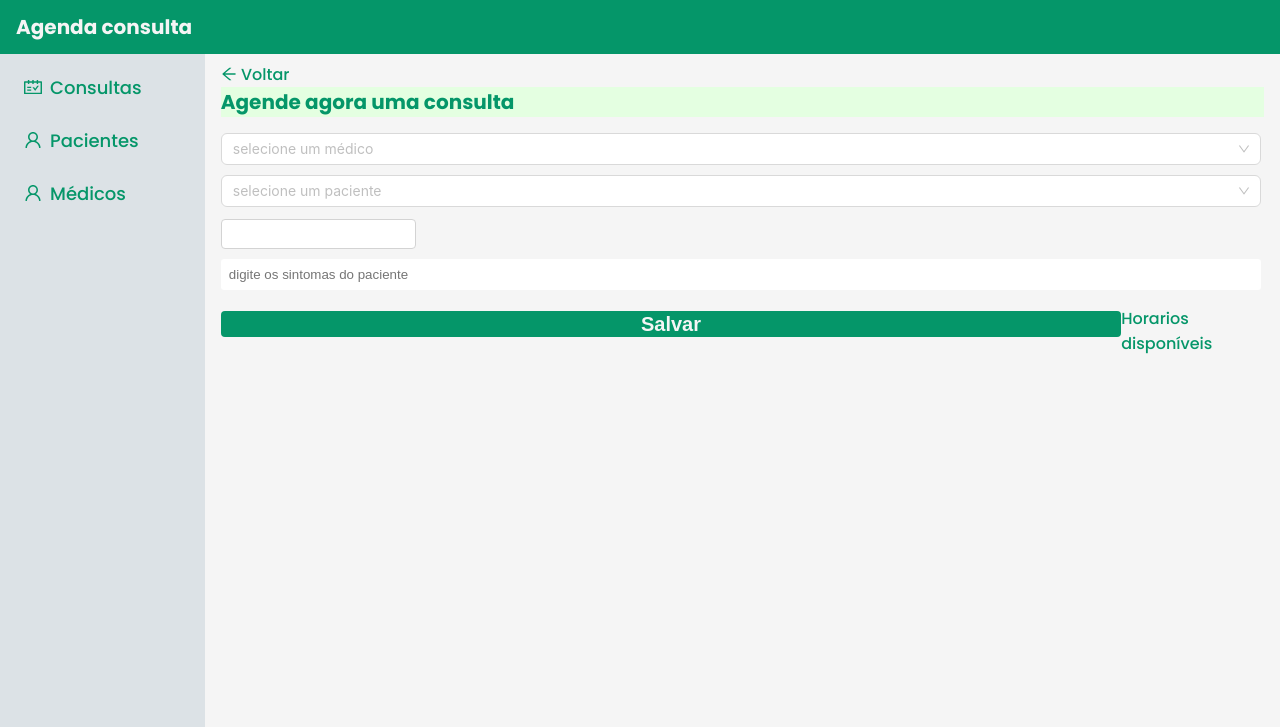
Repository: BarbaraCD/agendaconsulta
Page: /appointments/new
An editor plug-in stored every save of this project. The page is shown before and after the next save, followed by the edit.
The browser window is 1280 px wide. The pictures show the whole page.
The page's requests for data from a server got no answer. The project was rebuilt for these pictures with package versions that can differ from the ones it lists, and the page was loaded fresh each time. No one was signed in, and anything a server would have sent is missing. Also part of the build but not shown: vite.config.ts, src/components/Calendar.tsx, src/components/InputPatient.tsx, src/styles/CreateContainer.ts, src/components/DoctorTable.tsx, src/components/PatientTable.tsx, src/components/InputDoctors.tsx.

Above is the page before, as saved 2023-08-29 15:47:21.

### index.html
<!DOCTYPE html>
<html lang="en">
  <head>
    <meta charset="UTF-8" />
    <link rel="icon" type="image/svg+xml" href="/vite.svg" />
    <meta name="viewport" content="width=device-width, initial-scale=1.0" />

    <link rel="preconnect" href="https://fonts.googleapis.com">
    <link rel="preconnect" href="https://fonts.gstatic.com" crossorigin>
    <link href="https://fonts.googleapis.com/css2?family=Poppins:wght@400;500;700&display=swap" rel="stylesheet">

    <title>Agendamento de Consulta</title>
  </head>
  <body>
    <div id="root"></div>
    <script type="module" src="/src/main.tsx"></script>
  </body>
</html>

### src/main.tsx
/* eslint-disable @typescript-eslint/no-non-null-assertion */
import React from 'react'
import ReactDOM from 'react-dom/client'
import { ThemeProvider } from 'styled-components'
import GlobalStyle, { Container, Content } from './styles/global'
import { theme } from './styles/Theme.ts'
import App from './App.tsx'
import { Routes } from './routes/index.tsx'
import { Header } from './components/Header.tsx'
import { BrowserRouter } from 'react-router-dom'

ReactDOM.createRoot(document.getElementById('root')!).render(
  <React.StrictMode>
    <ThemeProvider theme={theme}>
      <GlobalStyle />
      <BrowserRouter>
        <Header />
        <Container>
          <App />
          <Content>
            <Routes />
          </Content>
        </Container>
      </BrowserRouter>
    </ThemeProvider>
  </React.StrictMode>,
)

### src/styles/global.ts
import styled, { createGlobalStyle } from 'styled-components'

export default createGlobalStyle`
  *{
    margin: 0;
    padding: 0;
    box-sizing: border-box;

  }
  body{
    height: 100%;
    width: 100%;
    font-family: 'Poppins', sans-serif;
    background: ${(props) => props.theme.colors.white};
    font-size: ${(props) => props.theme.size.xl};
  }
`

export const Container = styled.div`
  display: flex;
`

export const SidebarGlobal = styled.div`
  width: 16%;
`

export const Content = styled.div`
  flex: 1;
  margin: 0 1rem;
`

### src/styles/Theme.ts
export const theme = {
  colors: {
    primary: '#059669',
    head: '#059669B3',
    100: '#E4FFE1',

    sbcolor: '#DCE2E6',
    gray: '#41414D',
    black: '#000',
    white: '#f5f5f5',
  },
  size: {
    sm: '14px',
    md: '16px',
    lg: '18px',
    xl: '20px',
    xxl: '24px',
  },
}

### src/App.tsx
import { SidebarGlobal } from './styles/global'
import { Sidebar } from './components/Sidebar'

export default function App() {
  return (
    <SidebarGlobal>
      <Sidebar />
    </SidebarGlobal>
  )
}

### src/routes/index.tsx
import { AppRoutes } from './app.routes'

export function Routes() {
  return (
    <>
      <AppRoutes />
    </>
  )
}

### src/components/Header.tsx
import { Link } from 'react-router-dom'
import { styled } from 'styled-components'

const ContainerHeader = styled.div`
  padding: 12px 16px;
  width: 100%;
  min-width: 200px;
  font-weight: 700;
  overflow: visible;
  background-color: ${(props) => props.theme.colors.primary};
`

const StyleLink = styled(Link)`
  text-decoration: none;
  word-break: normal;
  display: block;
  align-items: center;
  justify-content: center;
  color: ${(props) => props.theme.colors.white};
`

export function Header() {
  return (
    <ContainerHeader>
      <StyleLink to="/">Agenda consulta</StyleLink>
    </ContainerHeader>
  )
}

### src/components/Sidebar.tsx
import { ScheduleOutlined, UserOutlined } from '@ant-design/icons'
import { StyledSidebar, StyledList } from '../styles/SidebarStyled'
import { Link } from 'react-router-dom'

export function Sidebar() {
  return (
    <StyledSidebar>
      <StyledList>
        <li>
          <ScheduleOutlined style={{ color: '#059669' }} />
          <Link to="/appointments/calendar">Consultas</Link>
        </li>
        <li>
          <UserOutlined style={{ color: '#059669' }} />
          <Link to="/patients/list">Pacientes</Link>
        </li>
        <li>
          <UserOutlined style={{ color: '#059669' }} />
          <Link to="/doctors/list">Médicos</Link>
        </li>
      </StyledList>
    </StyledSidebar>
  )
}

### src/routes/app.routes.tsx
import { Routes, Route } from 'react-router-dom'

import { App } from 'antd'
import { AppointmentsCalendar } from '../components/Calendar'
import { InputPatients } from '../components/InputPatient'
import { DoctorTable } from '../components/DoctorTable'
import { PatientTable } from '../components/PatientTable'
import { InputDoctors } from '../components/InputDoctors'
import { CreateAppointments } from '../components/Appointments'

export function AppRoutes() {
  return (
    <Routes>
      <Route path="/" element={<App />} />

      <Route path="/patients/new" element={<InputPatients />} />
      <Route path="/patients/:id/edit" element={<InputPatients />} />
      <Route path="/patients/list" element={<PatientTable />} />

      <Route path="/doctors/new" element={<InputDoctors />} />
      <Route path="/doctors/:id/edit" element={<InputDoctors />} />
      <Route path="/doctors/list" element={<DoctorTable />} />

      <Route path="/appointments/new" element={<CreateAppointments />} />
      <Route path="/appointments/:id/edit" element={<CreateAppointments />} />
      <Route path="/appointments/calendar" element={<AppointmentsCalendar />} />
    </Routes>
  )
}

### src/styles/SidebarStyled.ts
import styled from 'styled-components'

export const StyledSidebar = styled.div`
  display: flex;
  flex-direction: column;
  background-color: ${(props) => props.theme.colors.sbcolor};
  color: ${(props) => props.theme.colors.black};
  font-size: ${(props) => props.theme.size.lg};
  font-weight: 500;
  justify-content: flex-start;
  align-items: flex-start;
  overflow: auto;
  height: 93.5vh;
  min-height: 100%;
`

export const StyledList = styled.ul`
  list-style: none;
  padding: 0.5rem;

  li {
    cursor: pointer;
    padding: 1rem;
    line-height: 1.3rem;
  }

  a {
    text-decoration: none;
    color: ${(props) => props.theme.colors.primary};
    margin: 0.5rem;
    word-break: break-all;
  }
`

### src/components/Appointments.tsx
/* eslint-disable react-hooks/exhaustive-deps */
import React, { useEffect, useState } from 'react'

import 'react-datepicker/dist/react-datepicker.css'
import { Select } from 'antd'

import {
  createAppointment,
  getAppointment,
  getAppointmentById,
  updateAppointment,
} from '../services/appointment.services'
import { StyledDatepicker, StyledLink } from '../styles/Appointments'
import {
  ApFooter,
  InputContainer,
  MessageError,
  MessageSaved,
  StyledInput,
  StyledSelect,
  SubmitButton,
  StyledValidation,
} from '../styles/InputContainer'
import { useNavigate, useParams } from 'react-router-dom'
import { ArrowLeftOutlined } from '@ant-design/icons'
import { DoctorsProps } from './DoctorTable'
import { PatientsProps } from './PatientTable'
import { z } from 'zod'
import { Controller, useForm } from 'react-hook-form'
import { zodResolver } from '@hookform/resolvers/zod'
import { getDoctors } from '../services/doctor.services'
import { getPatient } from '../services/patient.services'

export type AppointmentsProps = {
  doctorID: number
  patientID: number
  date: string | Date
  symptoms: string
  id: number
}

const appointmentSchema = z.object({
  doctorID: z.number({
    required_error: 'Selecione o medico',
  }),
  patientID: z.number({
    required_error: 'Selecione o paciente',
  }),
  date: z.date({
    required_error:
      'Selecione a data e o horario que deseja realizar a consulta',
    invalid_type_error: 'Formato invalido',
  }),
  symptoms: z.string().min(1, 'Por favor, insira os sintomas.'),
})

export type AppointmentSchemaType = z.infer<typeof appointmentSchema>

export const CreateAppointments: React.FC = () => {
  const {
    control,
    register,
    reset,
    handleSubmit,
    formState: { errors, isSubmitting },
  } = useForm<AppointmentSchemaType>({
    resolver: zodResolver(appointmentSchema),
    defaultValues: {
      doctorID: undefined,
      patientID: undefined,
      date: undefined,
      symptoms: '',
    },
  })

  const [doctors, setDoctors] = useState<DoctorsProps[]>([])
  const [patients, setPatients] = useState<PatientsProps[]>([])
  const [appointments, setAppointments] = useState<AppointmentsProps[]>([])

  const [successMessage, setSuccessMessage] = useState<string | null>(null)
  const [errorMessage, setErrorMessage] = useState<string | null>(null)

  const navigate = useNavigate()
  const { id } = useParams()

  useEffect(() => {
    fetchInfos().catch((error) => {
      console.error('Error fetching Infos:', error)
    })
  }, [])

  async function fetchInfos() {
    const responseDoc = await getDoctors()
    const responsePat = await getPatient()
    const response = await getAppointment()
    setDoctors(responseDoc)
    setPatients(responsePat)
    setAppointments(response)
    if (!id) return
    try {
      const responseAp = await getAppointmentById(Number(id))
      const responseDate = {
        ...responseAp,
      }
      responseDate.date = new Date(responseDate.date)
      reset(responseDate as unknown as AppointmentSchemaType)
    } catch (error) {
      console.error('Error fetching Infos:', error)
    }
  }

  function isWeekday(date: Date) {
    const day = date.getDay()
    return day !== 0 && day !== 6
  }

  function isAppointmented(time: Date) {
    const selectedDateISO = time.toISOString()
    const existingAppointment = appointments.find(
      (appointment) => appointment.date === selectedDateISO,
    )
    return existingAppointment
  }

  const handleScheduleAppointment = async (data: AppointmentSchemaType) => {
    try {
      if (id) {
        await updateAppointment(Number(id), data)
        navigate(-1)
      } else {
        await createAppointment(data)
      }
      setSuccessMessage('Consulta agendada com sucesso!')
      setTimeout(() => {
        setSuccessMessage(null)
      }, 2000)
      reset()
    } catch (error) {
      setErrorMessage('Erro ao agendar consulta.')
    }
  }

  return (
    <InputContainer>
      {successMessage && <MessageSaved>{successMessage}</MessageSaved>}
      {errorMessage && <MessageError>{errorMessage}</MessageError>}

      <StyledLink to="/appointments/calendar">
        <ArrowLeftOutlined /> Voltar
      </StyledLink>

      <form onSubmit={handleSubmit(handleScheduleAppointment)}>
        <h3>Agende agora uma consulta</h3>

        <div>
          <Controller
            name="doctorID"
            control={control}
            render={({ field }) => (
              <StyledSelect {...field} placeholder="selecione um médico">
                {doctors.map((doc) => (
                  <Select.Option key={doc.id} value={doc.id}>
                    {doc.name}
                  </Select.Option>
                ))}
              </StyledSelect>
            )}
          />
          {errors.doctorID && (
            <StyledValidation>{errors.doctorID.message}</StyledValidation>
          )}
        </div>

        <div>
          <Controller
            name="patientID"
            control={control}
            render={({ field }) => (
              <StyledSelect {...field} placeholder="selecione um paciente">
                {patients.map((pat) => (
                  <Select.Option key={pat.id} value={pat.id}>
                    {pat.name}
                  </Select.Option>
                ))}
              </StyledSelect>
            )}
          />
          {errors.patientID && (
            <StyledValidation>{errors.patientID.message}</StyledValidation>
          )}
        </div>

        <div>
          <Controller
            control={control}
            name="date"
            render={({ field: { value, ...field } }) => (
              <StyledDatepicker
                {...field}
                showTimeSelect
                minTime={new Date(0, 0, 0, 8, 0)}
                maxTime={new Date(0, 0, 0, 18, 0)}
                minDate={new Date()}
                selected={value}
                dateFormat="dd/MM/yyyy HH:mm"
                filterTime={(time) => !isAppointmented(time)}
                filterDate={(date) => isWeekday(date)}
              />
            )}
          />
          {errors.date && (
            <StyledValidation>{errors.date.message}</StyledValidation>
          )}
        </div>

        <div>
          <StyledInput
            {...register('symptoms')}
            type="text"
            placeholder="digite os sintomas do paciente"
          />
          {errors.symptoms && (
            <StyledValidation>{errors.symptoms.message}</StyledValidation>
          )}
        </div>

        <ApFooter>
          <SubmitButton type="submit" disabled={isSubmitting}>
            <p>Salvar</p>
          </SubmitButton>
          <StyledLink to="/appointments/calendar">
            Horarios disponíveis
          </StyledLink>
        </ApFooter>
      </form>
    </InputContainer>
  )
}

### src/services/appointment.services.ts
import {
  AppointmentSchemaType,
  AppointmentsProps,
} from '../components/Appointments'
import { api } from './ApiConfig'

export async function getAppointment(): Promise<AppointmentsProps[]> {
  try {
    const response = await api.get('/appointment')
    return response.data
  } catch (error) {
    throw new Error('Erro ao obter dados dos agendamentos:')
  }
}

export async function getAppointmentById(
  id: number,
): Promise<AppointmentsProps> {
  try {
    const response = await api.get(`/appointment/${id}`)
    return response.data
  } catch (error) {
    throw new Error('Erro ao obter dados dos agendamentos:')
  }
}

export async function createAppointment(newAppointment: AppointmentSchemaType) {
  return api.post('/appointment', newAppointment)
}

export async function updateAppointment(
  id: number,
  data: AppointmentSchemaType,
) {
  try {
    const response = await api.put(`/appointment/${id}`, data)
    return response.data
  } catch (error) {
    throw new Error('Erro ao obter dados da consulta:')
  }
}

export async function deleteAppointment(id: number) {
  return await api.delete(`/appointment/${id}`)
}

### src/styles/InputContainer.ts
import styled from 'styled-components'
import { Select } from 'antd'

export const InputContainer = styled.main`
  color: ${(props) => props.theme.colors.black};
  font-size: ${(props) => props.theme.size.md};
  padding: 0.5rem 0;

  div {
    margin: 0.2rem 0.2rem 0.2rem 0;
  }

  h3 {
    background-color: ${(props) => props.theme.colors[100]};
    color: ${(props) => props.theme.colors.primary};
    font-size: ${(props) => props.theme.size.xl};
    margin-bottom: 0.8rem;
  }

  label {
    display: flex;
    margin: 0.2rem;
  }

  p {
    font-size: ${(props) => props.theme.size.lg};
    font-weight: 400;
  }
`

export const StyledValidation = styled.span`
  size: ${(props) => props.theme.size.md};
  color: red;
`

export const ApFooter = styled.div`
  display: flex;
  align-items: center;
  justify-content: space-between;
  margin-bottom: 0.5rem;
`

export const StyledSelect = styled(Select)`
  width: 100%;
  border: none;
`

export const SubmitButton = styled.button`
  width: 100%;
  padding: 0.1rem 2rem;
  border: none;
  border-radius: 4px;
  overflow: hidden;
  cursor: pointer;
  margin: 1rem 0;
  background-color: ${(props) => props.theme.colors.primary};
  color: ${(props) => props.theme.colors.white};

  p {
    font-size: ${(props) => props.theme.size.xl};
    font-weight: 600;
    overflow: hidden;
  }

  &:hover {
    background-color: ${(props) => props.theme.colors.head};
  }
`

export const MessageSaved = styled.p`
  justify-content: center;
  text-align: center;
  width: 30%;
  border-radius: 4px;
  margin: 0 35%;
  background-color: ${(props) => props.theme.colors[100]};
  color: ${(props) => props.theme.colors.primary};
  size: ${(props) => props.theme.size.lg};
`

export const MessageError = styled.p`
  background-color: lightpink;
  color: red;
  justify-content: center;
  text-align: center;
  width: 30%;
  border-radius: 4px;
  margin: 0 35%;
`

export const StyledInput = styled.input`
  width: 100%;
  padding: 0.5rem;
  border: none;
  border-radius: 0.2rem;
  overflow: hidden;
`

export const PatSpan = styled.span`
  text-decoration: none;
  color: ${(props) => props.theme.colors.primary};
  background-color: ${(props) => props.theme.colors[100]};
  font-weight: 500;
  border-radius: 4px;
  margin-top: 1rem;
`
export const FlexDiv = styled.div`
  display: flex;
  justify-content: space-between;
`

### src/styles/Appointments.ts
import { Modal } from 'antd'
import DatePicker from 'react-datepicker'
import { Link } from 'react-router-dom'
import { styled } from 'styled-components'

export const StyledAppointments = styled.div`
  color: ${(props) => props.theme.colors.black};
  font-size: ${(props) => props.theme.size.md};
  padding: 1.6rem 0;
`

export const StyledLink = styled(Link)`
  text-decoration: none;
  color: ${(props) => props.theme.colors.primary};
  font-weight: 500;
  border-radius: 4px;
  margin-top: 0.8rem;
`

export const StyledLink2 = styled(Link)`
  text-decoration: none;
  color: ${(props) => props.theme.colors.sbcolor};
  background-color: red;
  font-weight: 500;
  border-radius: 6px;
  margin-top: 2rem;
  padding: 0.5rem;
`

export const CalendarStyled = styled.div`
  display: block;
`

export const StyledModal = styled(Modal)`
  color: ${(props) => props.theme.colors.primary};

  h3 {
    background-color: ${(props) => props.theme.colors[100]};
    color: ${(props) => props.theme.colors.primary};
    font-size: ${(props) => props.theme.size.xl};
    padding: 0.8rem;
    text-align: center;
    margin-bottom: 0.5rem;
  }

  p {
    margin-left: 0.5rem;
    font-size: ${(props) => props.theme.size.lg};
  }

  button {
    margin: 0.5rem;
    padding: 0.2rem;
    cursor: pointer;
    border: none;
    font-weight: 500;
    color: ${(props) => props.theme.colors.primary};
    background-color: ${(props) => props.theme.colors[100]};
    font-size: ${(props) => props.theme.size.lg};
  }
`

export const StyledQuestion = styled.div`
  p {
    color: ${(props) => props.theme.colors.black};
  }

  .button-sim {
    justify-content: space-between;
    color: ${(props) => props.theme.colors.sbcolor};
    background-color: lightcoral;
  }

  .button-nao {
    justify-content: space-between;
    color: ${(props) => props.theme.colors.primary};
    background-color: ${(props) => props.theme.colors.sbcolor};
  }
`

export const StyledDatepicker = styled(DatePicker)`
  width: 100%;
  border: 1px solid lightgray;
  border-radius: 4px;
  padding: 0.4rem;
  text-decoration: 1px solid ${(props) => props.theme.colors.head};
`

### src/services/doctor.services.ts
import { DoctorsProps } from '../components/DoctorTable'
import { DoctorSchemaType } from '../components/InputDoctors'
import { api } from './ApiConfig'

export async function getDoctors(): Promise<DoctorsProps[]> {
  try {
    const response = await api.get('/doctor')
    return response.data
  } catch (error) {
    throw new Error('Erro ao obter dados dos pacientes:')
  }
}

export async function getDoctorById(id: number): Promise<DoctorsProps> {
  try {
    const response = await api.get(`/doctor/${id}`)
    return response.data
  } catch (error) {
    throw new Error('Erro ao obter dados dos Medicos:')
  }
}

export async function createDoctor(data: DoctorSchemaType) {
  return api.post('/doctor', data)
}

export async function updateDoctor(id: number, data: DoctorSchemaType) {
  try {
    const response = await api.put(`/doctor/${id}`, data)
    return response.data
  } catch (error) {
    throw new Error('Erro ao obter dados dos pacientes:')
  }
}

export async function deleteDoctor(id: number) {
  return await api.delete(`/doctor/${id}`)
}

### src/services/patient.services.ts
import { PatientSchemaType } from '../components/InputPatient'
import { PatientsProps } from '../components/PatientTable'
import { api } from './ApiConfig'

export async function getPatient(): Promise<PatientsProps[]> {
  try {
    const response = await api.get('/patient')
    return response.data
  } catch (error) {
    throw new Error('Erro ao obter dados dos pacientes:')
  }
}

export async function getPatientById(id: number): Promise<PatientsProps> {
  try {
    const response = await api.get(`/patient/${id}`)
    return response.data
  } catch (error) {
    throw new Error('Erro ao obter dados dos pacientes:')
  }
}

export async function createPatient(data: PatientSchemaType) {
  return api.post('/patient', data)
}

export async function updatePatient(id: number, data: PatientSchemaType) {
  try {
    const response = await api.put(`/patient/${id}`, data)
    return response.data
  } catch (error) {
    throw new Error('Erro ao obter dados dos pacientes:')
  }
}

export async function deletePatient(id: number) {
  return await api.delete(`/patient/${id}`)
}

Loaded but not shown: src/services/ApiConfig.ts (common file)

After the next save:
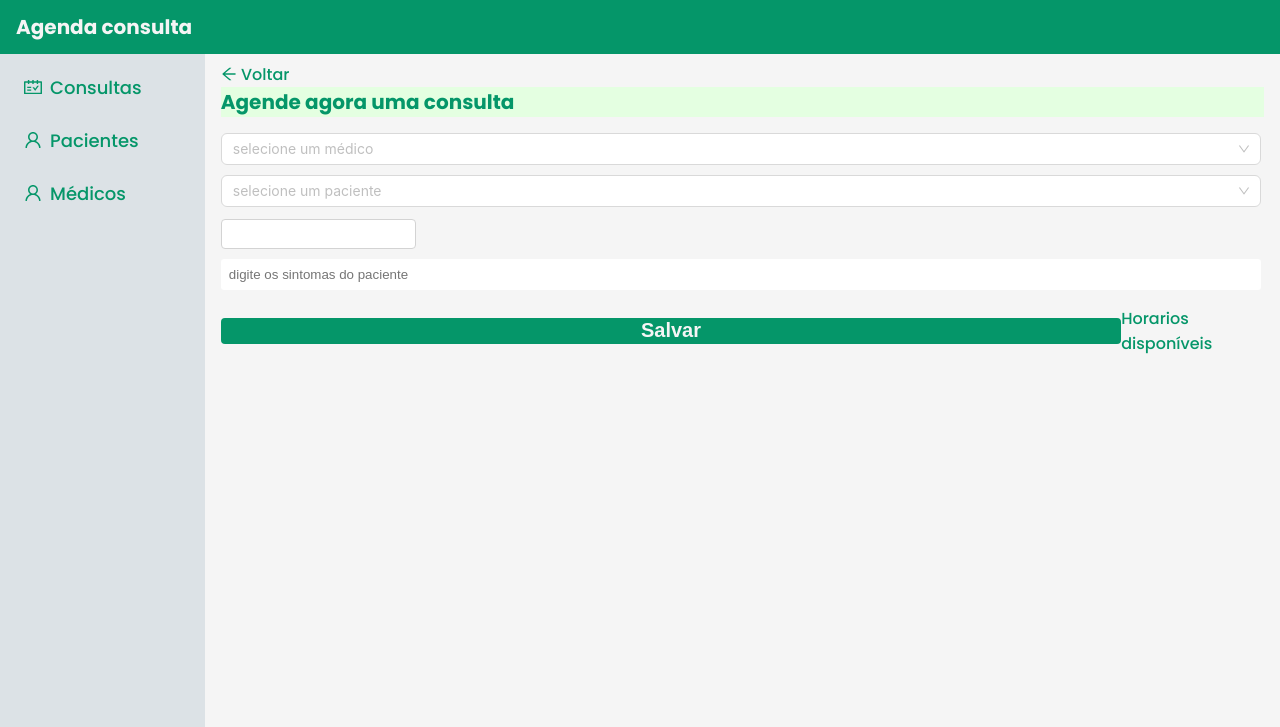
Saved 40 s later.
--- a/src/styles/Appointments.ts
+++ b/src/styles/Appointments.ts
@@ -14,7 +14,7 @@
   color: ${(props) => props.theme.colors.primary};
   font-weight: 500;
   border-radius: 4px;
-  margin-top: 0.8rem;
+  margin: 0.8rem 0;
 `
 
 export const StyledLink2 = styled(Link)`

After the save that followed:
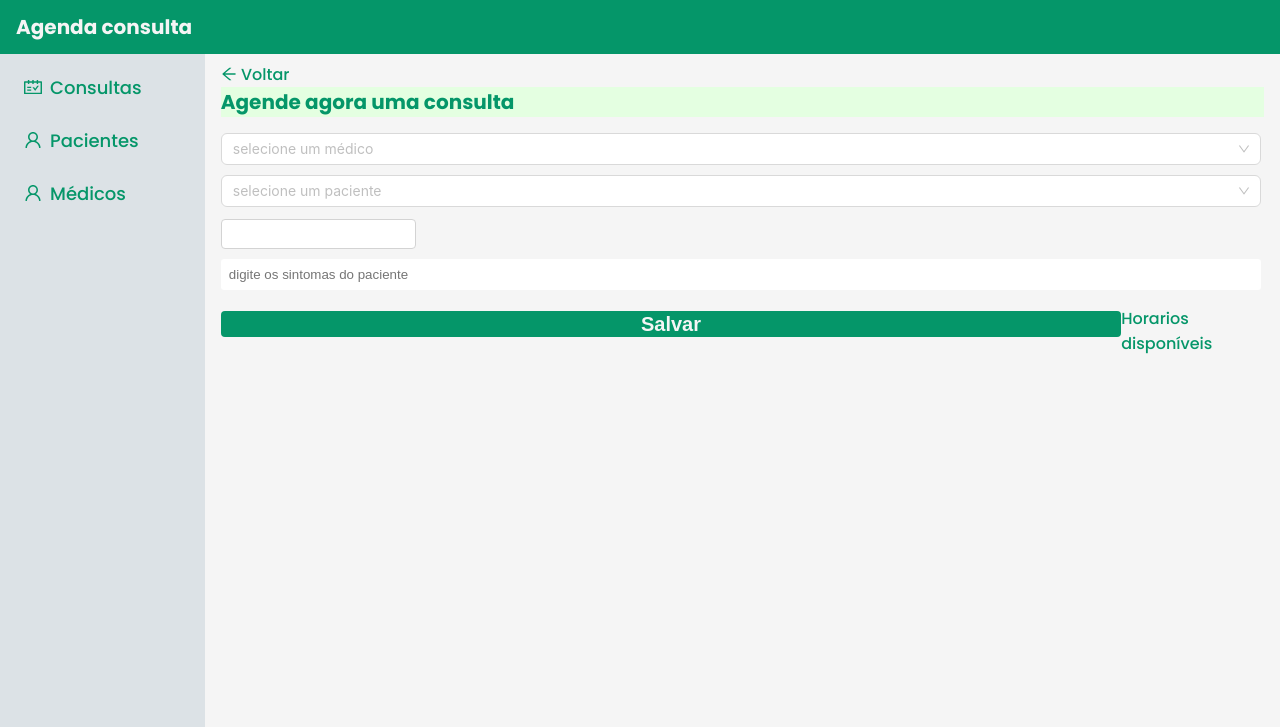
Saved 11 s later.
--- a/src/styles/Appointments.ts
+++ b/src/styles/Appointments.ts
@@ -14,7 +14,7 @@
   color: ${(props) => props.theme.colors.primary};
   font-weight: 500;
   border-radius: 4px;
-  margin: 0.8rem 0;
+  margin-top: 0.8rem;
 `
 
 export const StyledLink2 = styled(Link)`
